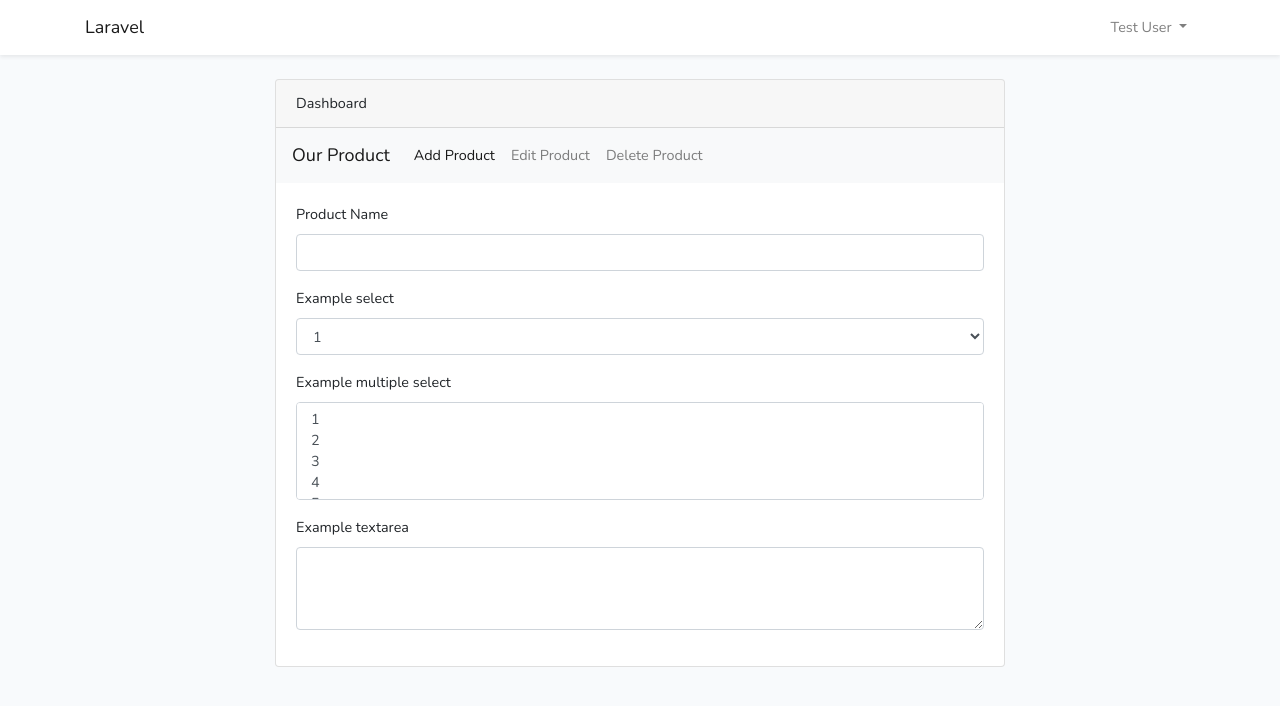
Repository: Fateen980/Tawfiq
Page: http://localhost/addProduct
These files come from the project's save history. The page is drawn as it stood at one moment and after the next save; the edit follows.
The browser window is 1280 px wide. The pictures show the whole page.
The page is served by the project's Laravel application, run on PHP 8.4 with Laravel 8. A made-up administrator, Test User (test@example.com), is signed in.

Above is the page before, as saved 2020-09-17 08:16:03.

After the next save:
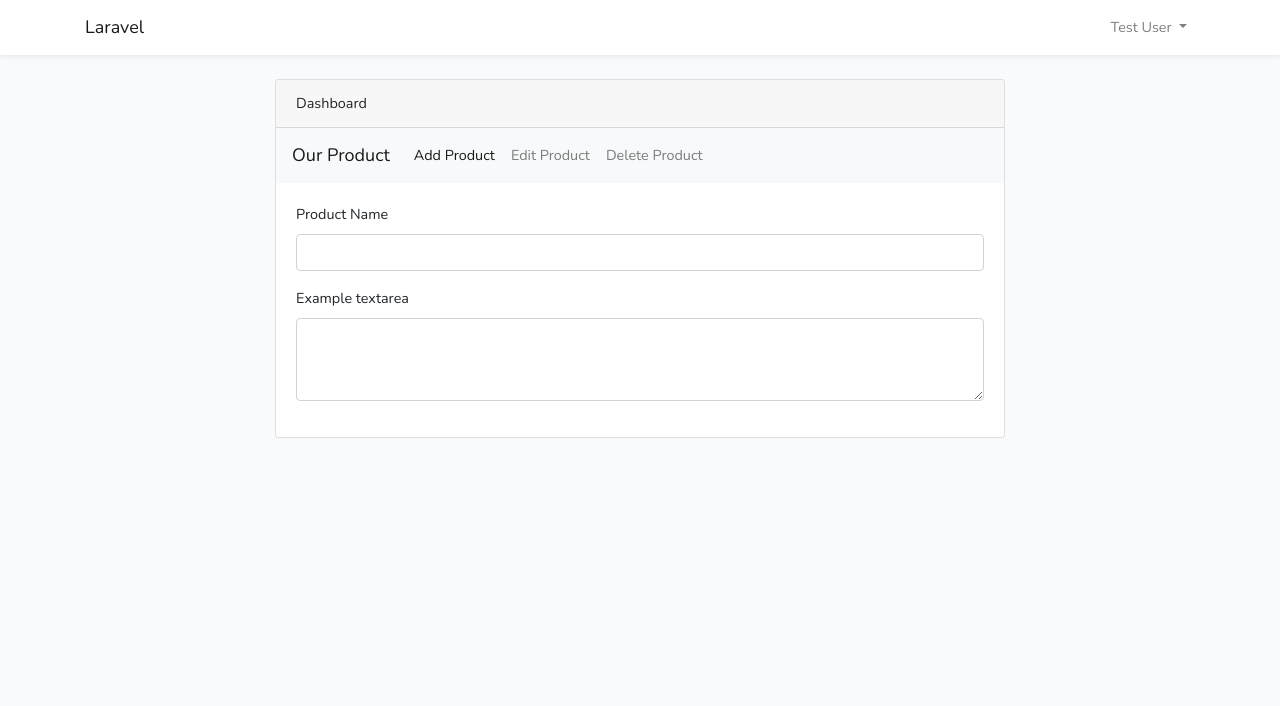
Saved 15 s later.
--- a/resources/views/addProduct.blade.php
+++ b/resources/views/addProduct.blade.php
@@ -43,26 +43,8 @@
     <label for="exampleFormControlInput1">Product Name</label>
     <input type="productName" class="form-control" id="exampleFormControlInput1" >
   </div>
-  <div class="form-group">
-    <label for="exampleFormControlSelect1">Example select</label>
-    <select class="form-control" id="exampleFormControlSelect1">
-      <option>1</option>
-      <option>2</option>
-      <option>3</option>
-      <option>4</option>
-      <option>5</option>
-    </select>
-  </div>
-  <div class="form-group">
-    <label for="exampleFormControlSelect2">Example multiple select</label>
-    <select multiple class="form-control" id="exampleFormControlSelect2">
-      <option>1</option>
-      <option>2</option>
-      <option>3</option>
-      <option>4</option>
-      <option>5</option>
-    </select>
-  </div>
+
+
   <div class="form-group">
     <label for="exampleFormControlTextarea1">Example textarea</label>
     <textarea class="form-control" id="exampleFormControlTextarea1" rows="3"></textarea>
